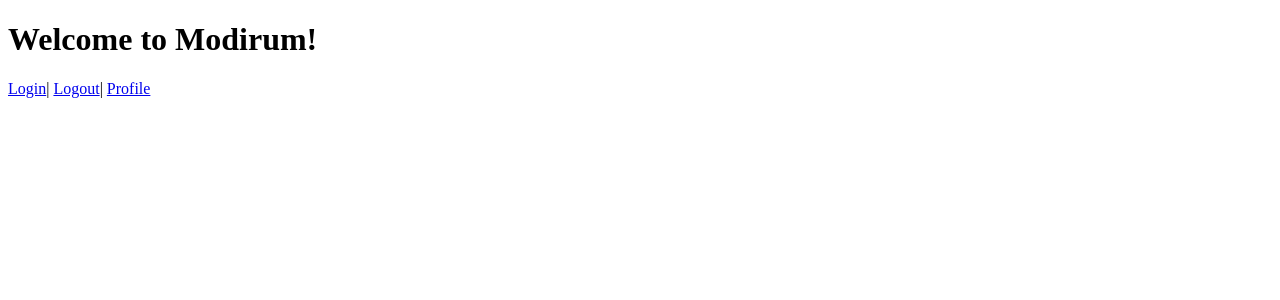
Repository: mvecina25/JavaEE-Servlet-TestNG-Selenium
Page: workspace/Modirum/WebContent/index.html
These files come from the project's save history. The page is drawn as it stood at one moment and after the next save; the edit follows.
The browser window is 1280 px wide. The pictures show the whole page.

Above is the page before, as saved 2017-12-16 18:09:36.

### workspace/Modirum/WebContent/index.html
<!DOCTYPE html>
<html>
<head>
<meta charset="ISO-8859-1">
<title>Servlet Login Example</title>
</head>
<body>



<h1>Welcome to Modirum!</h1>
<a href="login.html">Login</a>|
<a href="LogoutServlet">Logout</a>|
<a href="ProfileServlet">Profile</a>



</body>
</html>

After the next save:
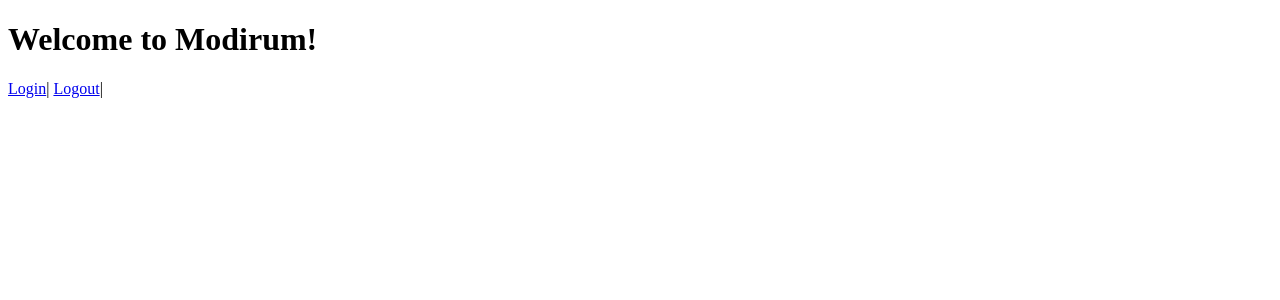
Saved 5 min 11 s later.
--- a/workspace/Modirum/WebContent/index.html
+++ b/workspace/Modirum/WebContent/index.html
@@ -11,7 +11,6 @@
 <h1>Welcome to Modirum!</h1>
 <a href="login.html">Login</a>|
 <a href="LogoutServlet">Logout</a>|
-<a href="ProfileServlet">Profile</a>
 
 
 
